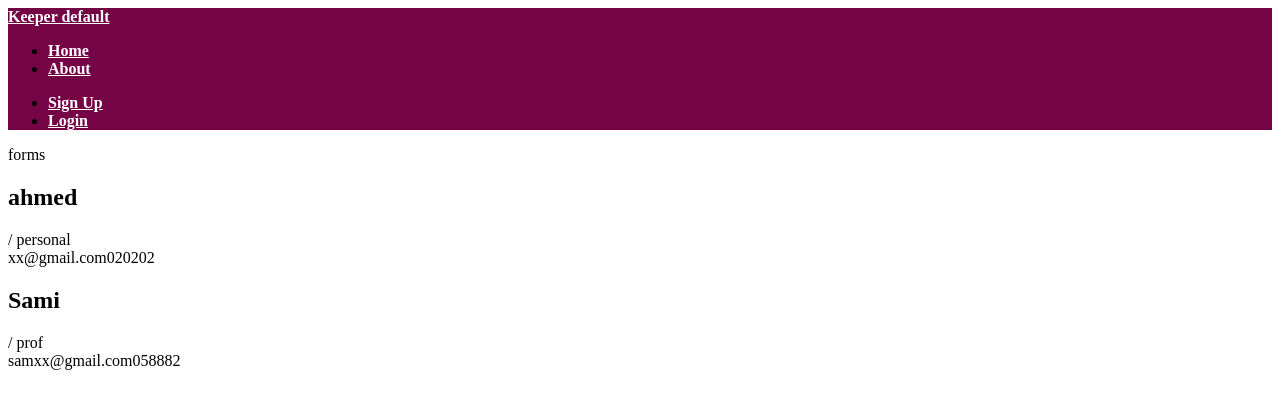
Repository: 3bdulrahman/contact-keeper
Page: / (app in client/)
These files come from the project's save history. The page is drawn as it stood at one moment and after the next save; the edit follows.
The browser window is 1280 px wide. The pictures show the whole page.
The project was rebuilt for these pictures with package versions that can differ from the ones it lists, and the page was loaded fresh each time. A package was used in the major version that the imports need, not the one package.json lists. Also part of the build but not shown: client/src/components/pages/About.js.

Above is the page before, as saved 2020-04-04 21:01:29.

### client/src/App.js
import React,{Fragment} from 'react';
import { BrowserRouter as Router , Route , Switch } from 'react-router-dom'
import Navbar from './components/layout/Navbar'
import Home from './components/pages/Home'
import About from './components/pages/About'
import ContactState  from './context/contact/ContactState'
import './App.css'
const  App = ()=> {
   return (
    <ContactState>
    <Router>
    <Fragment>
         <Navbar   />
         <div className='container'>
             <Switch>
               <Route exact path='/' component={Home} />
               <Route exact path='/about' component={About} />
             </Switch>
         </div>
    </Fragment>
    </Router>
    </ContactState>
  );
}

export default App;

### client/src/components/layout/Navbar.js
import React from 'react'
import {Link} from 'react-router-dom'
import PropTypes from 'prop-types'

 const Navbar = ({title}) => {
    return (
        <nav class="navbar navbar-default">
        <div class="navbar-header">

      <a class="navbar-brand" href="#">{title}</a>
    </div>
        <div class="container" id="myNavbar">

          <ul class="nav navbar-nav">
            <li class="active"><Link to="/">Home</Link></li>
            <li><Link to="/about">About</Link></li>

          </ul>
          <ul class="nav navbar-nav navbar-right">
      <li><a href="#"><span class="glyphicon glyphicon-user"></span> Sign Up</a></li>
      <li><a href="#"><span class="glyphicon glyphicon-log-in"></span> Login</a></li>
    </ul>
        </div>
      </nav>
    )
}

Navbar.propTypes= {
     title:PropTypes.string.isRequired
}
Navbar.defaultProps = {
     title:'Keeper default '
}

export default Navbar

### client/src/components/pages/Home.js
import React from 'react'
import Contacts from '../contacts/contacts'
 const Home = () => {
    return (
        <div className="row">
            <div className="col-md-6 col-lg-6">forms</div>
             <div className="col-md-6 col-lg-6"><Contacts /></div>
        </div>
    )
}

export default Home

### client/src/context/contact/ContactState.js
import React,{useReducer} from 'react'
import uuid from 'uuid'
import contactContext from './ContactContext'
import { UPDATE_CONTACT,CLEAR_CURRENT,DELETE_CONTACT,SET_CURRENT,ADD_CONTACT,SET_ALERT,REMOVE_ALERT,
    FILTER_CONTACTS,CLEAR_FILTER} from '../type'
import contactReducer from '../contact/ContactReducer'
const ContactState = props=>{
       const contactInit = {
             contacts:[
                   {id:1,name:"ahmed",email:"xx@gmail.com",phone:"020202",type:"personal"},
                   {id:2,name:"Sami",email:"samxx@gmail.com",phone:"058882",type:"prof"}
             ]
       };
       const [state,dispatch] = useReducer(contactReducer,contactInit)
       //add contact
       return(
            <contactContext.Provider value={{
                contacts:state.contacts
            }}>
                {props.children}
            </contactContext.Provider>
       )
}

export default ContactState

### client/src/App.css
.navbar-default{
     background-color:rgb(116, 4, 69);
     border:0px;
     border-radius: 0px;
}
.navbar-default .navbar-nav>.active>a, .navbar-default .navbar-nav>.active>a:focus, .navbar-default .navbar-nav>.active>a:hover{
    background-color:rgb(116, 4, 69);
}

.navbar-nav>.active>a{
     color:#fff;
     font-weight: bold;
     background-color:rgb(116, 4, 69);
}

.navbar-default .navbar-nav>li>a{
    color:#fff;
     font-weight: bold;
}

.navbar-default .navbar-brand{
    background-color:rgb(116, 4, 69);;
    color:#fff;
    font-weight: bold;
}

.navbar-default .navbar-nav>.active>a{
    background-color:rgb(116, 4, 69);;
    color:#fff;
    font-weight: bold;
}

### client/src/components/contacts/contacts.js
import React,{useContext,Fragment} from 'react'
import ContactContext from '../../context/contact/ContactContext'
import ContactsItem from './contactsItem'
 const Contacts = () => {
    const contextContact = useContext(ContactContext)
    const {contacts} = contextContact
    return (
        <Fragment>
            {contacts.map(contact=> <ContactsItem key={contact.id} contact={contact} /> )}
        </Fragment>
    )
}
export default Contacts

### client/src/context/contact/ContactContext.js
import {createContext} from 'react'
const contactContext = createContext()
export default contactContext

### client/src/context/type.js
export const ADD_CONTACT="ADD_CONTACT"
export const DELETE_CONTACT="DELETE_CONTACT"
export const UPDATE_CONTACT="UPDATE_CONTACT"
export const FILTER_CONTACTS="FILTER_CONTACTS"
export const CLEAR_FILTER="CLEAR_FILTER"
export const SET_CURRENT="SET_CURRENT"
export const CLEAR_CURRENT="CLEAR_CURRENT"
export const SET_ALERT="SET_ALERT"
export const REMOVE_ALERT="REMOVE_ALERT"

### client/src/context/contact/ContactReducer.js
import { UPDATE_CONTACT,CLEAR_CURRENT,DELETE_CONTACT,SET_CURRENT,ADD_CONTACT,SET_ALERT,REMOVE_ALERT,
    FILTER_CONTACTS,CLEAR_FILTER} from '../type'

export default (state,action)=>{
      switch(action.type){
           default:
               return state
      }
}

### client/src/components/contacts/contactsItem.js
import React from 'react'

 const ContactsItem = ({contact}) => {
    const {id,name,email,phone,type} = contact
    return (
        <div className="card">

              <div className="card-body">
              <div className="card-title">
              <h2>{name}</h2> / <span className={'badge ' + (type==='personal'?'badge-primary':'badge-danger')}>{type}</span>
              </div>

              {email&& <span className="label label-success">{email}</span>}
              {phone&& <span className="label label-warning">{phone}</span>}

              </div>
        </div>
    )
}
export default ContactsItem

Loaded but not shown: client/src/index.js (common file)

After the next save:
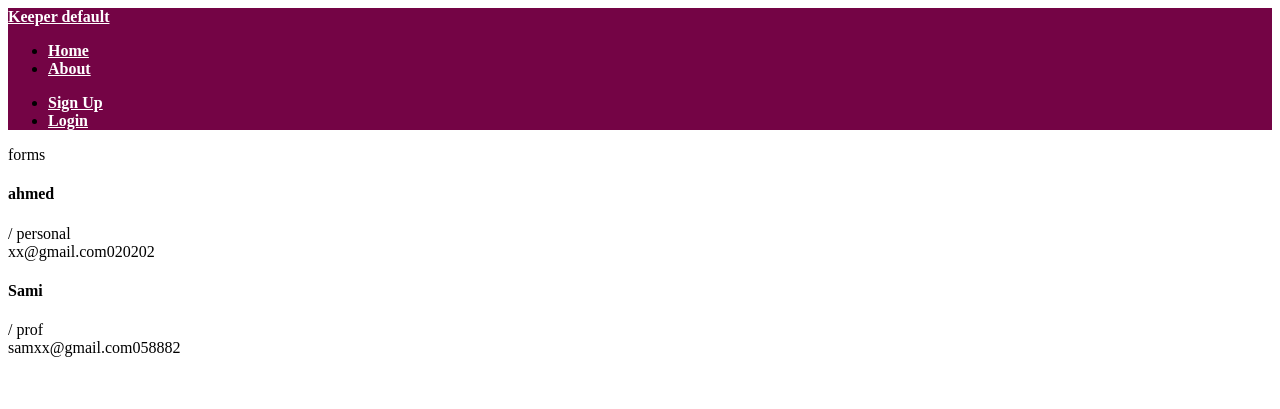
Saved 17 s later.
--- a/client/src/components/contacts/contactsItem.js
+++ b/client/src/components/contacts/contactsItem.js
@@ -7,7 +7,7 @@ import React from 'react'
 
               <div className="card-body">
               <div className="card-title">
-              <h2>{name}</h2> / <span className={'badge ' + (type==='personal'?'badge-primary':'badge-danger')}>{type}</span>
+              <h4>{name}</h4> / <span className={'badge ' + (type==='personal'?'badge-primary':'badge-danger')}>{type}</span>
               </div>
 
               {email&& <span className="label label-success">{email}</span>}
